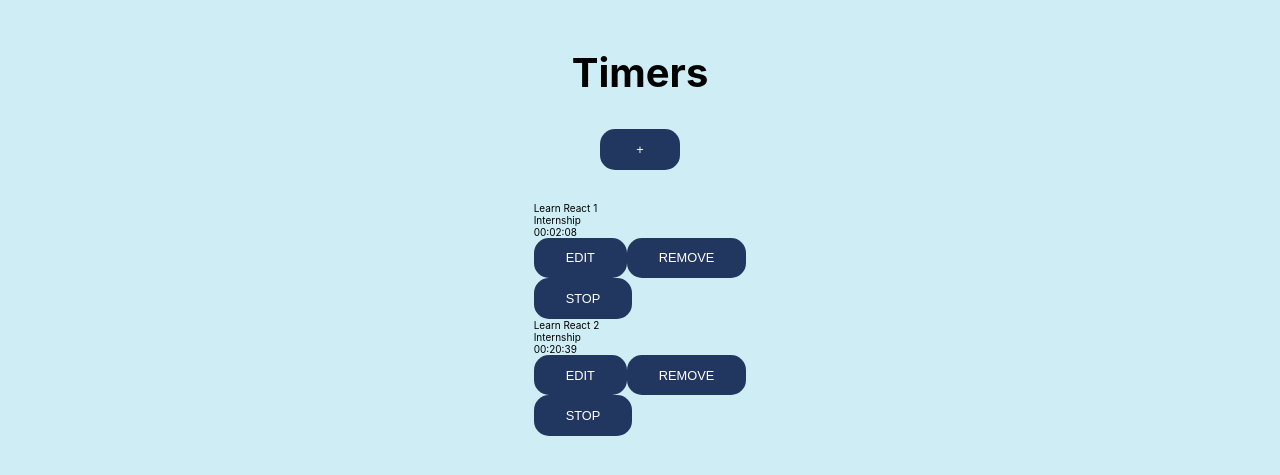
Repository: dqhuy153/react-timer
Page: /
The author's editor kept a copy of each file at every save. The page is drawn from the files as they stood at one save, then again after the next save.
The browser window is 1280 px wide. The pictures show the whole page.
The project was rebuilt for these pictures with package versions that can differ from the ones it lists, and the page was loaded fresh each time. Also part of the build but not shown: src/components/TimerForm/TimerForm.module.scss, src/components/TimerForm/index.jsx.

Above is the page before, as saved 2021-10-26 16:36:58.

After the next save:
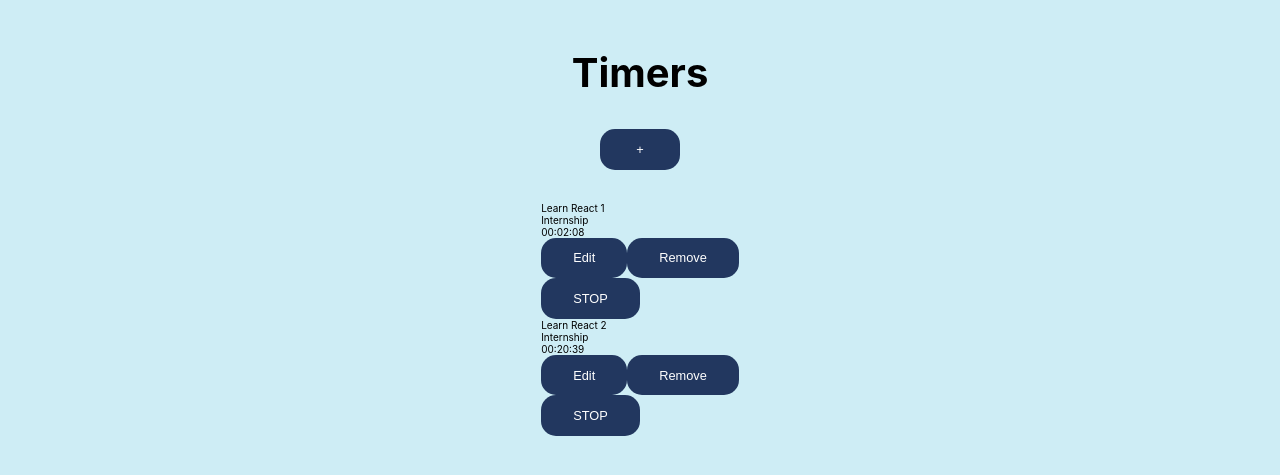
Saved 36 s later.
--- a/src/components/Timer/index.jsx
+++ b/src/components/Timer/index.jsx
@@ -12,8 +12,8 @@ const Timer = ({ title, project, timer, isRunning }) => {
       <p>{millisecondsToHuman(timer)}</p>
 
       <div>
-        <Button>EDIT</Button>
-        <Button>REMOVE</Button>
+        <Button>Edit</Button>
+        <Button>Remove</Button>
       </div>
 
       <Button>{buttonLabel}</Button>
